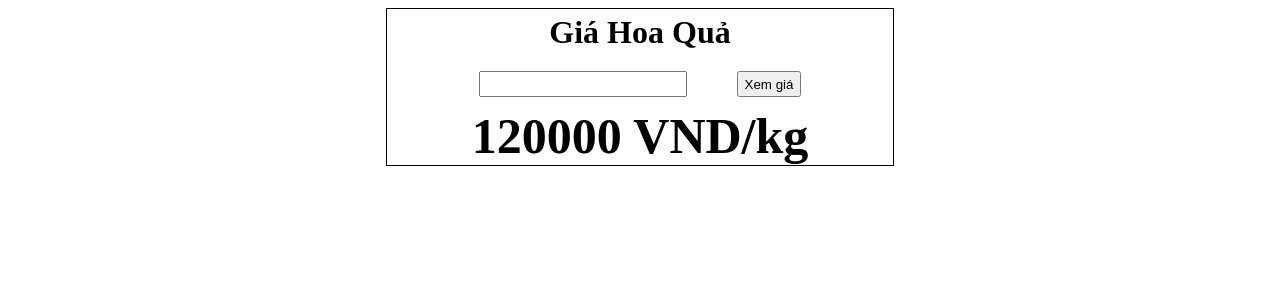
Repository: tungts3qb/BTCodeGym
Page: giahoaqua.html
An editor plug-in stored every save of this project. The page is shown before and after the next save, followed by the edit.
The browser window is 1280 px wide. The pictures show the whole page.

Above is the page before, as saved 2023-01-04 11:46:44.

After the next save:
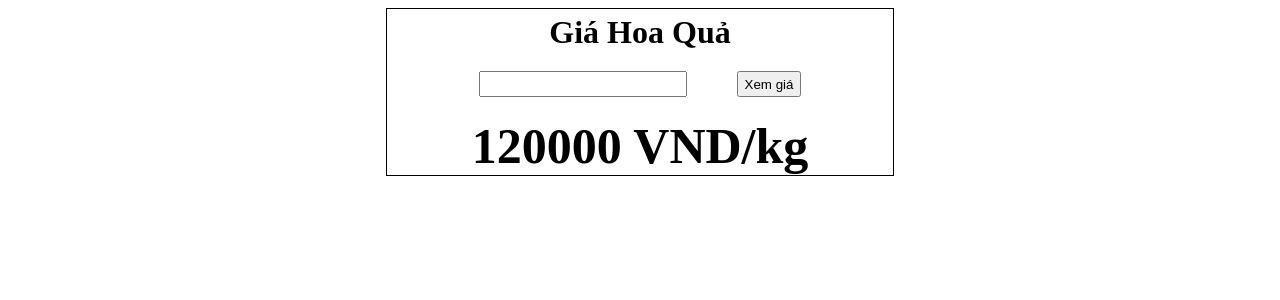
Saved 17 s later.
--- a/giahoaqua.html
+++ b/giahoaqua.html
@@ -39,7 +39,9 @@
       span {
         font-weight: bold;
         font-size: 50px;
-        margin-top: 40px;
+      }
+      .result {
+        margin-top: 10px;
       }
     </style>
     <div class="check-fruit-form">
